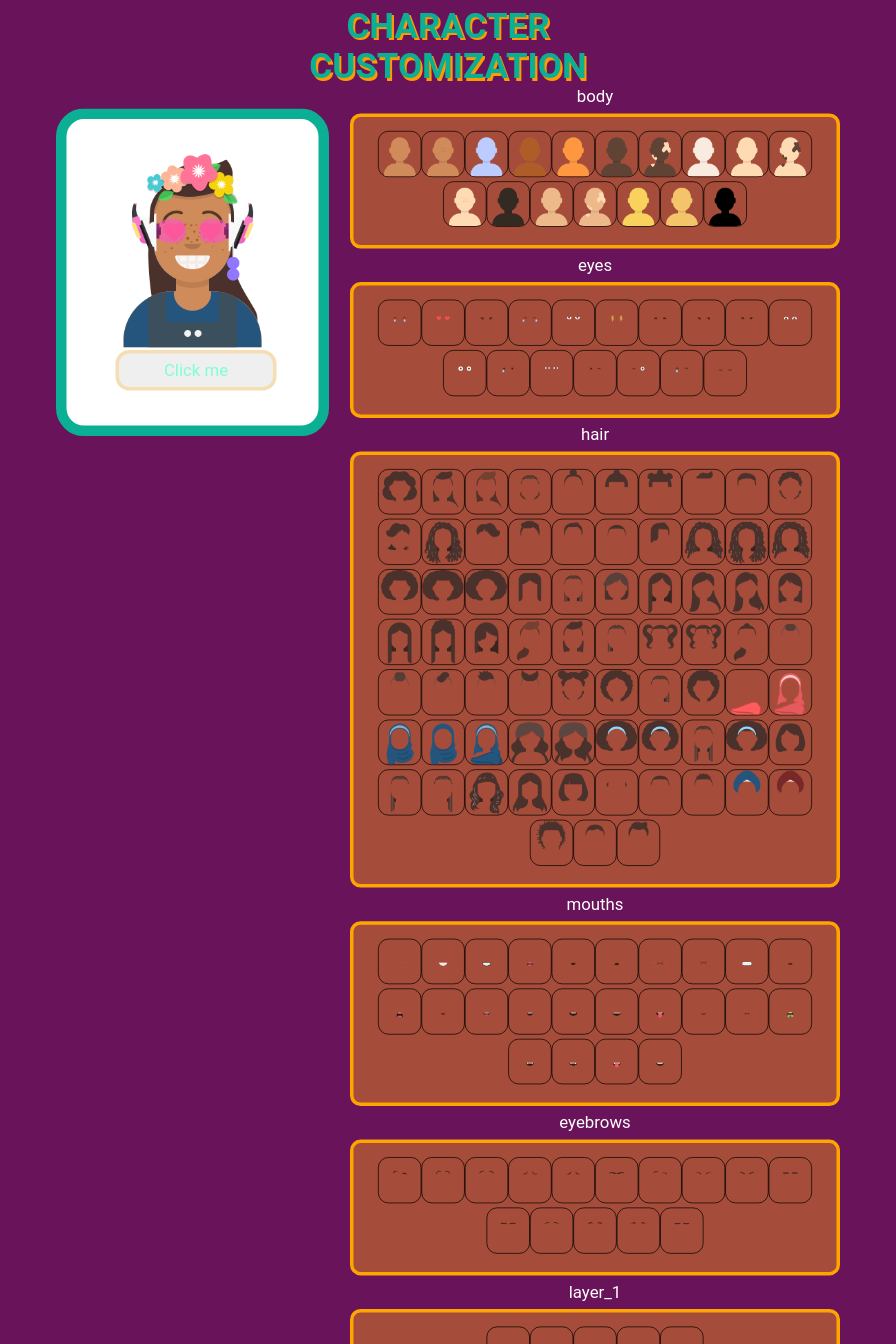
Repository: Kamaric112/react_clothing
Page: /
These files come from the project's save history. The page is drawn as it stood at one moment and after the next save; the edit follows.
The browser window is 1280 px wide. The pictures show the part of the page from y = 0 to 1920 px (the page is 3287 px tall), at 70% of full size.
The pointer rests on the first visible `.avatar-wrapper button`.
The project was rebuilt for these pictures with package versions that can differ from the ones it lists, and the page was loaded fresh each time.

Above is the page before, as saved 2022-08-29 21:08:52.

### src/index.js
import React from "react";
import ReactDOM from "react-dom/client";
import App from "./components/App";

const root = ReactDOM.createRoot(document.getElementById("root"));

root.render(<App />);

### src/components/App.js
import React from "react";
import Header from "./Header";
import "./App.css";
import Avatar from "./Avatar";
import PartList from "./PartList";
import {useState} from "react"

const total = {
  body: 17,
  eyes: 17,
  hair: 73,
  mouths: 24,
  eyebrows: 15,
  hats: 28,
  glasses: 17,
  clothing1: 5,
  clothing2: 5,
  clothing3: 9,
};

function App() {


const [eyes, setEyes] = useState(2)
const [body, setBody] = useState(2)
const [layer_1, setLayer_1] = useState(2)
const [layer_2, setLayer_2] = useState(2)
const [layer_3, setLayer_3] = useState(2)
const [mouths, setMouths] = useState(2)
const [glasses, setGlasses] = useState(2)
const [hair, setHair] = useState(2)
const [eyebrows, setEyebrows] = useState(2)

const [earrings, setEarrings] = useState(2)
const [hats, setHats] = useState(2)
const randomize = () => {
    setBody(Math.floor((Math.random() * total.body )+1));
		setEyes(Math.floor((Math.random() * total.eyes)+1));
		setEyebrows(Math.floor((Math.random() * total.eyebrows)+1));
		setHair(Math.floor((Math.random() * total.hair)+1));
		setMouths(Math.floor((Math.random() * total.mouths)+1));
		setGlasses(Math.floor((Math.random() * total.glasses)+1));
		setLayer_1(Math.floor((Math.random() * total.clothing1)+1));
		setLayer_2(Math.floor((Math.random() * total.clothing2)+1));
		setLayer_3(Math.floor((Math.random() * total.clothing3)+1));
    setHats(Math.floor((Math.random() * total.hats)+1));

}




const handleClick = (e) => {
  console.log(e.target.src) //change states when clicked corresponding clothing
  const imageUrl = e.target.src
  console.log(imageUrl.split('/').pop().split('.')[0]) // split the src based on "/" then remove the last element, then split that element based on "." then choose the 1st element
}



  return (
    <div className="App">
      <Header />
      <div className="total-style">
        <Avatar eyes = {eyes} body = {body} layer_1 = {layer_1} layer_2 = {layer_2} layer_3 ={layer_3} mouths = {mouths} glasses = {glasses} hair = {hair} earrings = {earrings} hats = {hats} eyebrows= {eyebrows} randomize = {randomize}/>


        <div>
        <PartList type = "body" total ="17" index = "1" handleClick={(e) => setBody(e.target.src.split('/').pop().split('.')[0])} />
        <PartList type = "eyes" total ="17" index = "1" handleClick={(e) => setEyes(e.target.src.split('/').pop().split('.')[0])}/>
        <PartList type = "hair" total ="73" index = "1" handleClick={(e) => setHair(e.target.src.split('/').pop().split('.')[0])}/>
        <PartList type = "mouths" total ="24" index = "1" handleClick={(e) => setMouths(e.target.src.split('/').pop().split('.')[0])}/>
        <PartList type = "eyebrows" total ="15" index = "1" handleClick={(e) => setEyebrows(e.target.src.split('/').pop().split('.')[0])}/>
        <PartList type = "layer_1" total ="5" index = "1" handleClick={(e) => setLayer_1(e.target.src.split('/').pop().split('.')[0])}/>
        <PartList type = "layer_2" total ="5" index = "1" handleClick={(e) => setLayer_2(e.target.src.split('/').pop().split('.')[0])}/>
        <PartList type = "layer_3" total ="9" index = "1" handleClick={(e) => setLayer_3(e.target.src.split('/').pop().split('.')[0])}/>
        <PartList type = "earrings" total ="32" index = "1" handleClick={(e) => setEarrings(e.target.src.split('/').pop().split('.')[0])}/>
        <PartList type = "hats" total ="28" index = "1" handleClick={(e) => setHats(e.target.src.split('/').pop().split('.')[0])} />
        <PartList type = "glasses" total ="17" index = "1" handleClick={(e) => setGlasses(e.target.src.split('/').pop().split('.')[0])}/>

        </div>


      </div>
    </div>
  );
}

export default App;

### src/components/Header.js
import React from "react";

function Header() {
  return (
    <>
      <div className="title">CHARACTER</div>
      <div className="subtitle">CUSTOMIZATION</div>
    </>
  );
}

export default Header;

### src/components/App.css
*,
*::after,
*::before {
  box-sizing: content-box;
  font-family: "Roboto", sans-serif;
}

body {
	background-color: rgb(105, 19, 91);
}

.App {
	max-width: 1200px;
	margin: 0 auto;
	display: flex;
	flex-direction: column;
	align-items: center;
}

.subtitle,
.title {
  text-align: center;
}

.title,
.subtitle {
  color: #0baf94;
  font-size: 50px;
  font-weight: 700;
  text-shadow: 3px 3px #f90;
}

.total-style {
  display: flex;

  justify-content: center;
  gap: 30px;
}

.avatar {
	width: 260px;
	height: 280px;
	position: relative;
}

.avatar-wrapper {
	border-radius: 40px;
	display: inline-block;
	border: 15px solid rgb(11, 175, 148);
	padding: 50px;
	position: sticky;
	background-color: #fff;
	top: calc(50% - 205px);
}

.avatar-wrapper button {
  display: flex;
  justify-content: center;
  align-items: center;
  border: 5px solid wheat;
  padding: 10px;
  width: 200px;
  border-radius: 20px;
  margin-left: 20px;
  font-size: 1.5rem;
  color: aquamarine;
}
.avatar-wrapper button:hover {
  cursor: pointer;
}

.list-section {
  max-width: 700px;
  text-align: center;
}

.partlist {
  display: flex;
  flex-direction: column;

}

.partlist div {
  color: white;
  font-size: 1.5rem;
}
.list {
  gap: 1rem;
  background-color: rgba(255,166,9,.4);
  border: 5px solid orange;
  border-radius: 15px;
  flex-wrap: wrap;
  margin: 10px 0;
  padding: 20px;
}

.list img {
  border: 1px solid black;
  border-radius: 15px
}

.list img:hover {
  background-color: #798885;
}

### src/components/Avatar.js
import React from 'react'
import Part from './Part'

function Avatar({eyes,body,layer_1,layer_2,layer_3,mouths,glasses,hair,earrings,hats,eyebrows,randomize}) {
  return (
    <div>
      <div className="avatar-wrapper">
        <div className="avatar">
          <Part type="body" position="0" index = {body}/>
          <Part type="layer_1" position="1" index = {layer_1}/>
          <Part type="layer_2" position="1" index = {layer_2}/>
          <Part type="layer_3" position="1" index = {layer_3}/>
          <Part type="mouths" position="2" index = {mouths}/>
          <Part type="noses" position="2" index = "1"/>
          <Part type="eyes" position="2" index = {eyes}/>
          <Part type="glasses" position="3" index = {glasses}/>
          <Part type="hair" position="3" index = {hair}/>
          <Part type="earrings" position="3" index = {earrings}/>
          <Part type="hats" position="4" index = {hats}/>
          <Part type="eyebrows" position="2" index = {eyebrows}/>
        </div>
        <button onClick={randomize}>Click me </button>
      </div>
    </div>
  )
}

export default Avatar

### src/components/PartList.js
import React from 'react'


function PartList({type,index,total,handleClick}) {

  let parts=[]
  const accessories = ["hats","glasses","earrings"]
  const clothing = ["layer_1","layer_2","layer_3"]



  for (index;index<= total; index++) {
    if ( accessories.includes(type)) {
      parts.push( <img key= {index} src={`character/accessories/${type}/${index}.png`} width="60px" onClick= {handleClick} alt= {type}/>)
    } else if ( clothing.includes(type)) {
      parts.push( <img key= {index} src={`character/clothes/${type}/${index}.png`} width="60px" onClick={handleClick} alt= {type}/>)
    }
    else {
      parts.push( <img key= {index} src={`character/${type}/${index}.png`} width="60px" onClick={handleClick} alt= {type}/>)
    }
  }


  return (
      <div className="list-section">
        <div className="partlist">
          <div>{type}</div>
          <div className="list">
            {parts}
          </div>
        </div>
      </div>
  )
}

export default PartList

### src/components/Part.js
import React from 'react'

function Part({type,position,index}) {

  const accessories = ["hats","glasses","earrings"]
  const clothing = ["layer_1","layer_2","layer_3"]

  const commonStyle = {
    position: "absolute",
    width: "260px",
    zIndex: `${position}`
  }
  if ( accessories.includes(type)) {
    return (<img src={`character/accessories/${type}/${index}.png`}  alt={`${type}`}  style= {commonStyle}/>)
  } else if ( clothing.includes(type)) {
  return (<img src={`character/clothes/${type}/${index}.png`}  alt={`${type}`}  style= {commonStyle}/>)
  } else if (type ==="noses") {
    return (<img src={`character/${type}/1.png`} alt={`${type}`} style= {commonStyle}/>)
  } else {
    return (<img src={`character/${type}/${index}.png`}  alt={`${type}`} style= {commonStyle}/>)
  }
}
export default Part

Loaded but not shown: public/index.html (common file); public/manifest.json (common file)

After the next save:
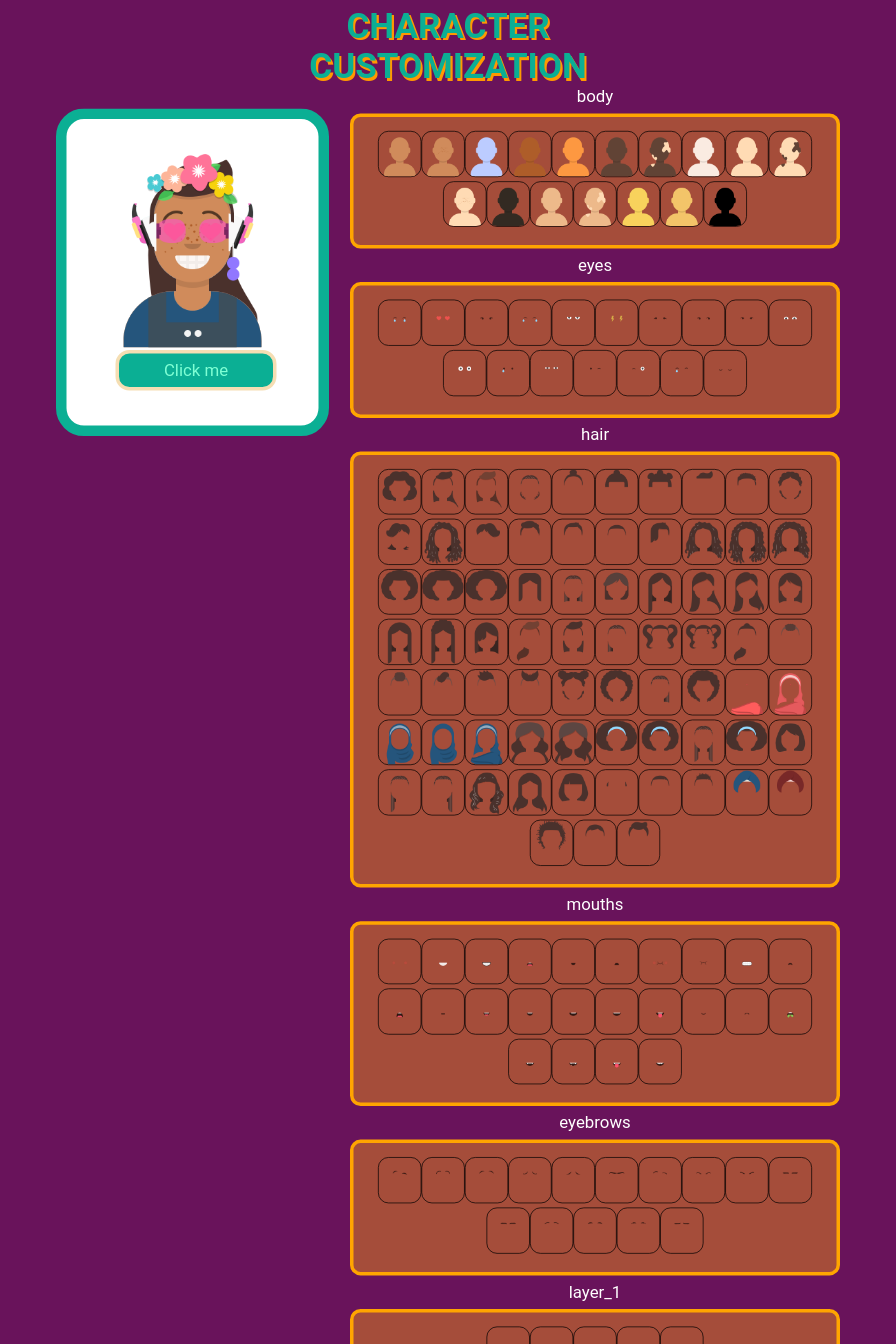
Saved 10 s later.
--- a/src/components/App.css
+++ b/src/components/App.css
@@ -67,6 +67,7 @@ body {
 }
 .avatar-wrapper button:hover {
   cursor: pointer;
+  background-color: #0baf94;
 }
 
 .list-section {
